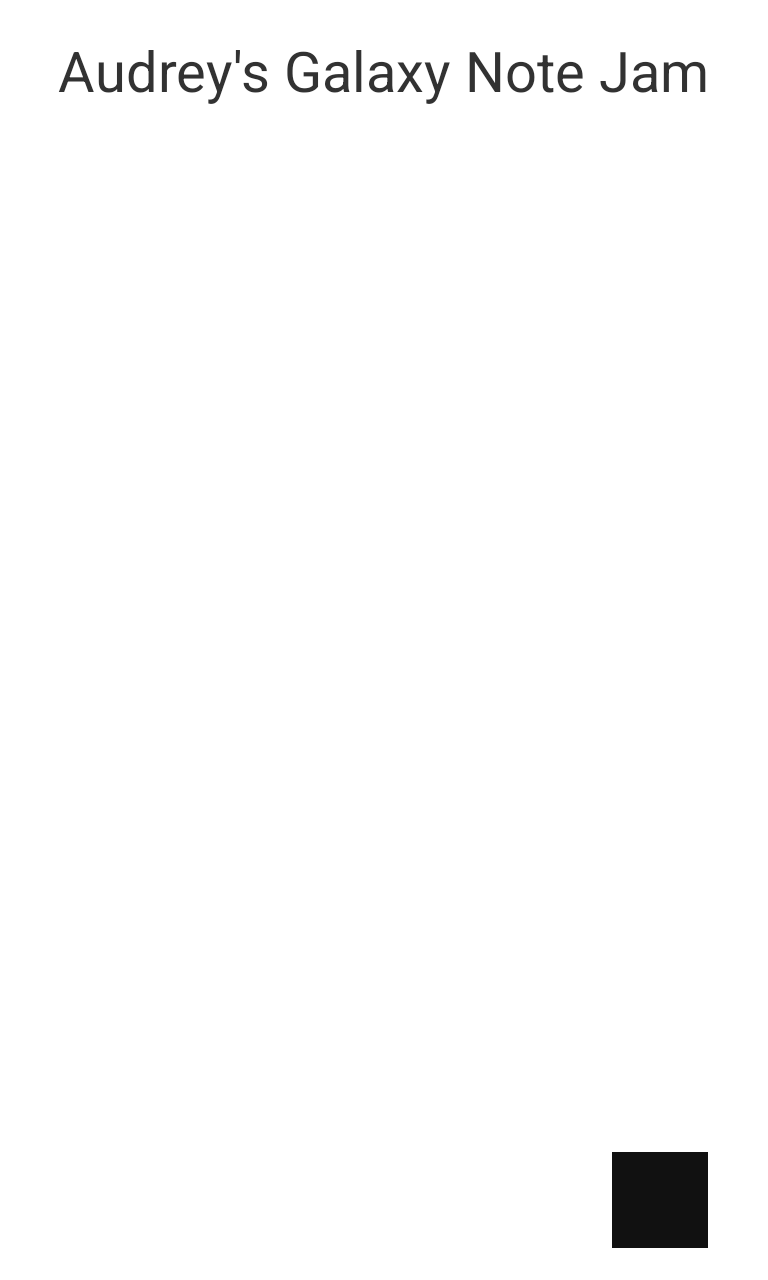
Repository: JayThomason/Tutti
Layout: tuttiUI/tuttiUI/res/layout/activity_view_jam.xml
These files come from the project's save history. The layout is drawn as it stood at one moment and after the next save; the edit follows.
It is drawn on a 768 x 1280 px phone screen (xhdpi) without system bars, with theme AppTheme; the app's code is not run. Lists and similar views that code fills are empty.

Above is the layout before, as saved 2014-03-09 08:23:28.

After the next save:
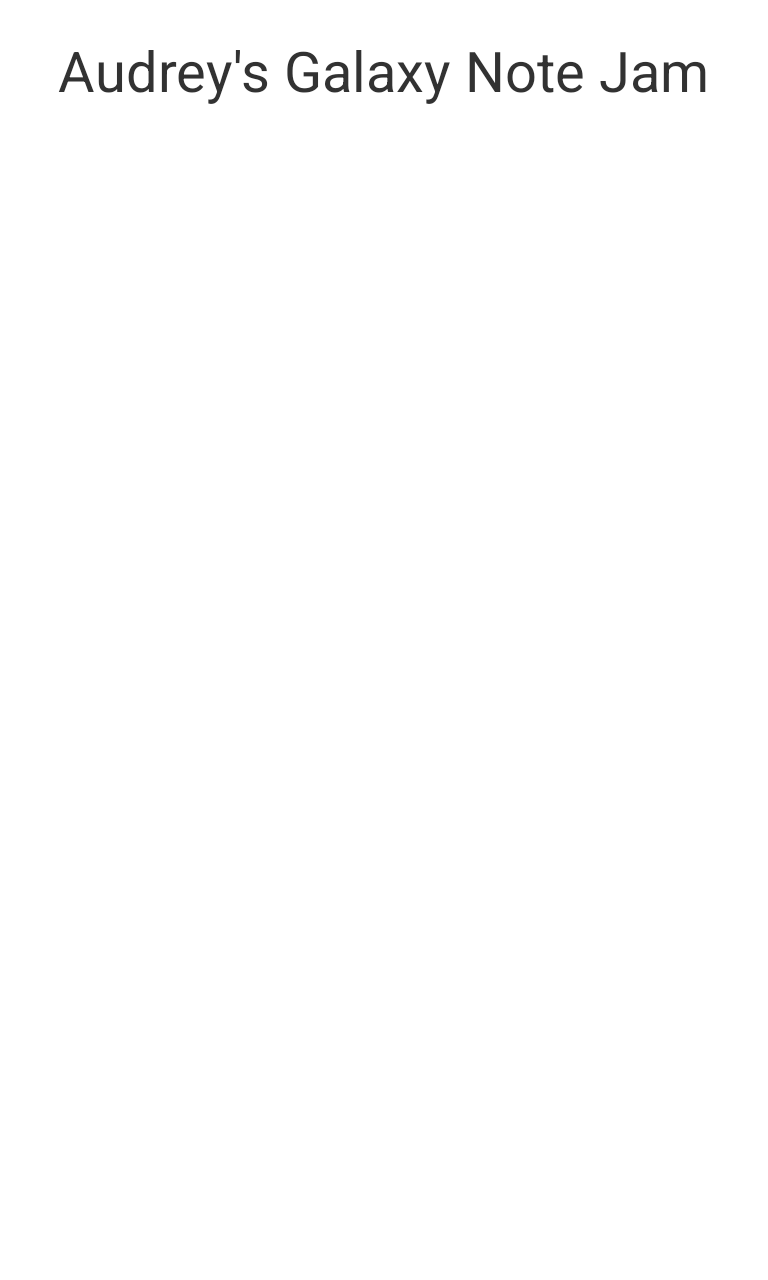
Saved 19 s later.
--- a/tuttiUI/tuttiUI/res/layout/activity_view_jam.xml
+++ b/tuttiUI/tuttiUI/res/layout/activity_view_jam.xml
@@ -34,7 +34,7 @@
         android:layout_alignRight="@+id/listView3"
         android:layout_marginRight="14dp"
         android:text=""
-        android:background="#111111"
+        android:background="#FFFFFF"
         android:onClick="popupJoinRequest"/>
 
 </RelativeLayout>
